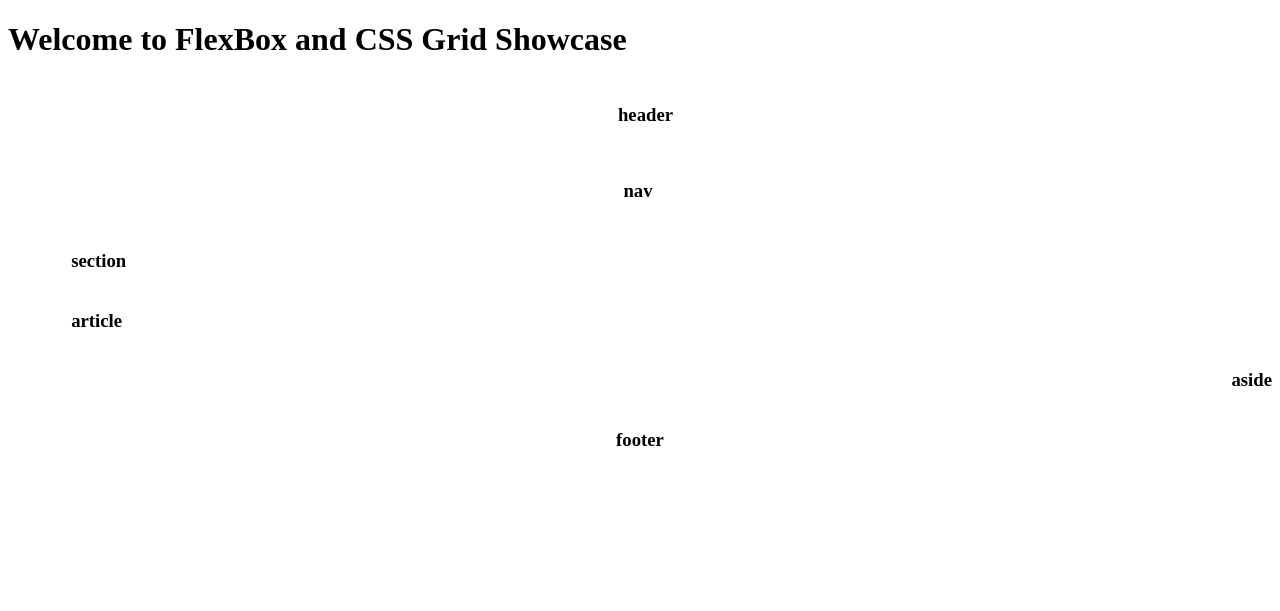
Repository: Awhit-commits/CSS_GRID_AND_FLEXBOX_LESSON
Page: index.html
An editor plug-in stored every save of this project. The page is shown before and after a run of saves, followed by the edit.
The browser window is 1280 px wide. The pictures show the whole page.

Above is the page before, as saved 2020-12-21 17:48:33.

After the next 2 saves:
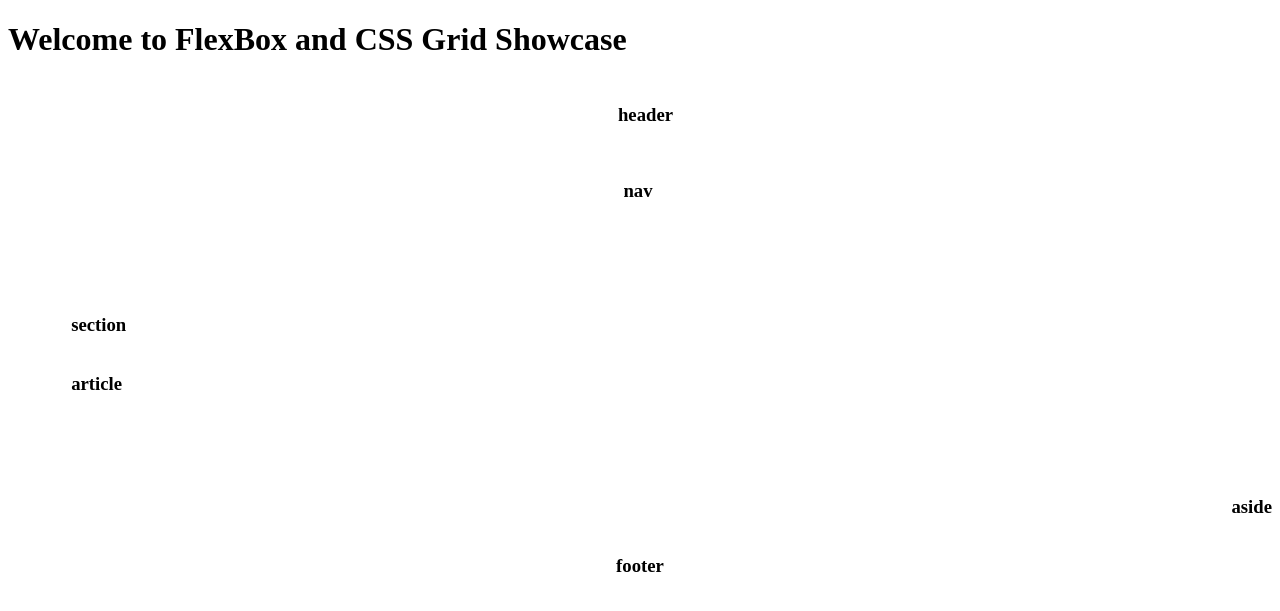
The 2 saves are shown as one change because they came seconds apart.
The last was saved 43 s later.
--- a/style.css
+++ b/style.css
@@ -11,7 +11,7 @@
     flex-direction: column;
     justify-content: flex-start;
     flex: 1 auto;
-    padding-left: 5%;
+    padding: 5%;
 }
 .headerArea{
     /* display: flex; */

After the 2 saves that followed:
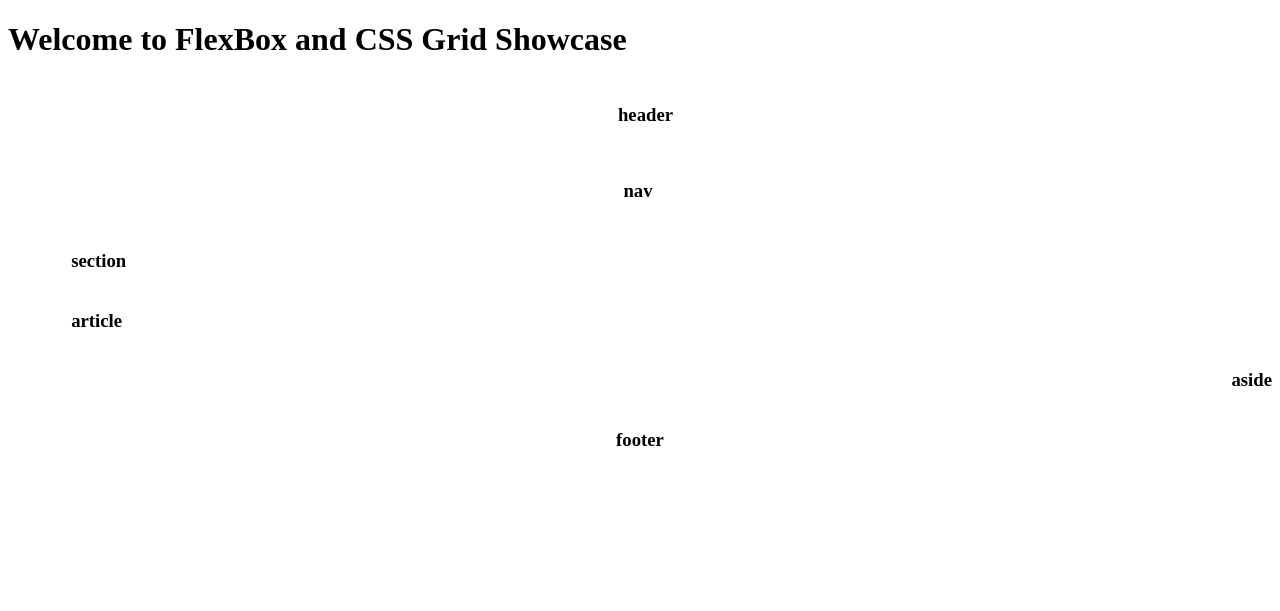
The 2 saves are shown as one change because 1 left the picture as it was.
The last was saved 52 s later.
--- a/style.css
+++ b/style.css
@@ -11,7 +11,7 @@
     flex-direction: column;
     justify-content: flex-start;
     flex: 1 auto;
-    padding: 5%;
+    margin-left: 5%;
 }
 .headerArea{
     /* display: flex; */
